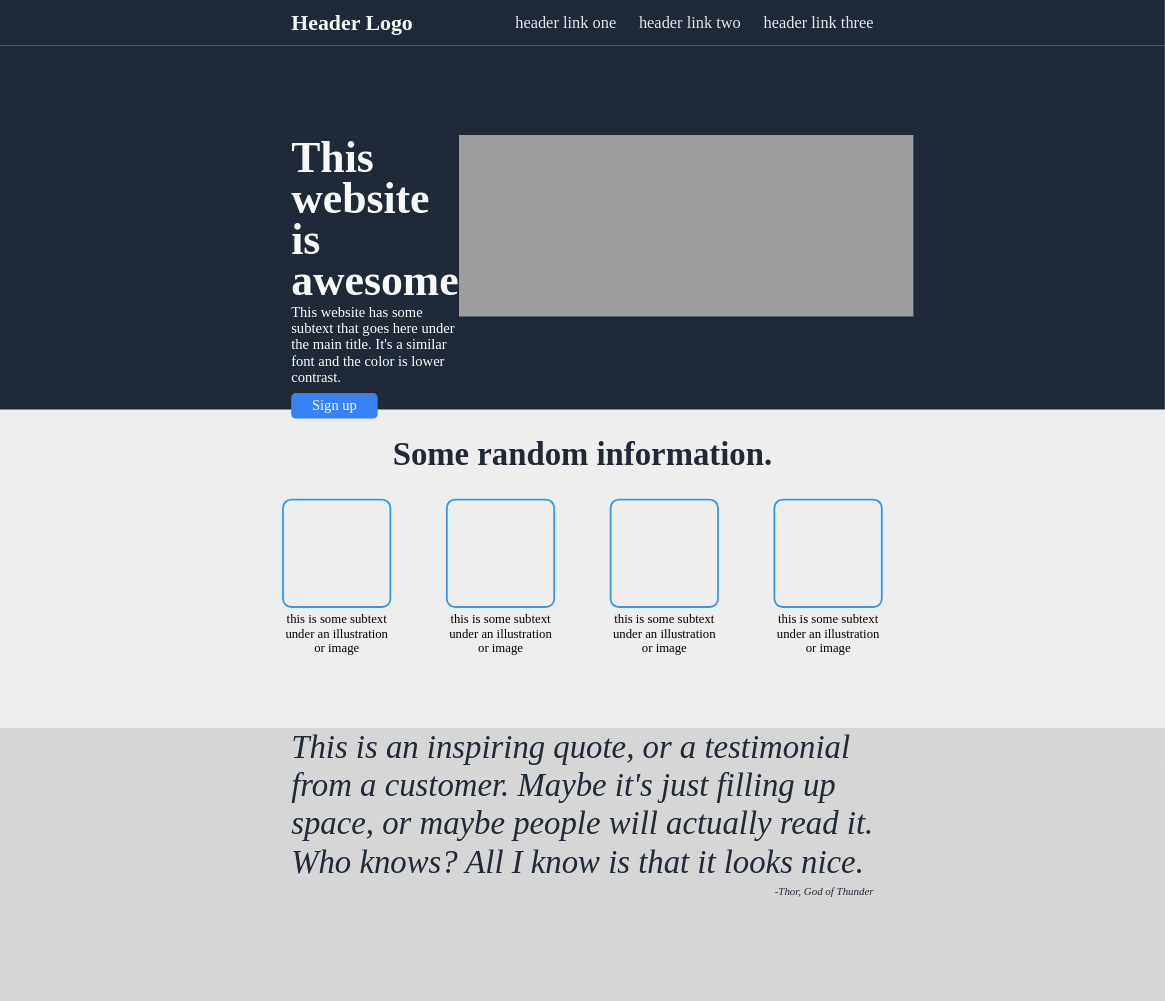
Repository: Pafestivo/Dummy-Landing-Page
Page: index.html
An editor plug-in stored every save of this project. The page is shown before and after a run of saves, followed by the edit.
The browser window is 1280 px wide. The pictures show the whole page, at 91% of full size.
Pictures or frames that could not be fetched are drawn as grey boxes.

Above is the page before, as saved 2022-09-26 19:20:57.

### index.html
<!DOCTYPE html>
<html lang="en">
<head>
    <meta charset="UTF-8">
    <meta name="viewport" content="width=device-width, initial-scale=1.0">
    <link rel="stylesheet" href="styles.css">
    <title>Landing Page</title>
</head>
<body>
    <header>
        <div class="container">
            <h1>Header Logo</h1>
            <nav>
                <a href="#">header link one</a>
                <a href="#">header link two</a>
                <a href="#">header link three</a>
            </nav>
        </div> <!-- /container-->
    </header>
    <main>
        <section class="first">
            <div class="container">

                <div class="right">
                    <h1>This website is awesome</h1>
                    <p>This website has some subtext that goes here under the main title. It's a similar font and the color is lower contrast.</p>
                    <a href="#">Sign up</a>
                </div> <!-- /right -->

                <div class="left">
                    <img src="images/office.jpg" alt="Office desk photo" />
                </div> <!-- /left -->

            </div> <!-- /container-->
        </section> <!-- /first -->

        <section class="second">
            <div class="container">

                <h1>Some random information.</h1>
                <div class="boxes">
                    <div class="info">
                        <div class="box"></div>
                        <div class="box-info">
                            <p>this is some subtext under an illustration or image</p>
                        </div> <!-- /box-info -->
                    </div> <!-- /info -->

                    <div class="info">
                        <div class="box"></div>
                        <div class="box-info">
                            <p>this is some subtext under an illustration or image</p>
                        </div> <!-- /box-info -->
                    </div> <!-- /info -->

                    <div class="info">
                        <div class="box"></div>
                        <div class="box-info">
                            <p>this is some subtext under an illustration or image</p>
                        </div> <!-- /box-info -->
                    </div> <!-- /info -->

                    <div class="info">
                        <div class="box"></div>
                        <div class="box-info">
                            <p>this is some subtext under an illustration or image</p>
                        </div> <!-- /box-info -->
                    </div> <!-- /info -->

                </div> <!-- /boxes-->
            </div> <!-- /container-->
        </section> <!-- /second -->

        <section class="third">
            <div class="container">
                <p>This is an inspiring quote, or a testimonial from a customer. Maybe it's just filling up space, or maybe people will actually read it. Who knows? All I know is that it looks nice.</p>
                <p class="quote-owner">-Thor, God of Thunder</p>
            </div> <!-- /container-->
        </section> <!-- /third -->

        <section class="fourth">
            <div class="container">

            </div> <!-- /container-->
        </section> <!-- /fourth -->

        <footer>

        </footer>
    </main>
</body>
</html>

### styles.css
* {
  padding: 0;
  margin: 0;
  box-sizing: border-box;
}

body {
  font-family: serif;
  background-color: #eee;
}

.container {
  width: 50vw;
  margin: 0 auto;
}

a {
  text-decoration: none;
  color: inherit;
}

/* header bar */
header {
  display: flex;
  align-items: center;
  background-color: #1F2937;
  color: #fff;
  height: 50px;
}

header h1 {
  font-size: 24px;
  color: #F9FAF8;
}

header .container {
  display: flex;
  justify-content: space-between;
}

header nav {
  display: flex;
  align-items: center;
  gap: 25px;
}

header a {
  font-size: 18px;
  color: #E5E7EB;
}
/* End header bar  */

/* First section  */
.first {
  background-color: #1F2937;
  height: 400px;
  color: #fff;
}

.first .container {
  display: flex;
  align-items: center;
  justify-content: space-between;
  height: 100%;
}

.right {
  display: flex;
  flex-direction: column;
  gap: 4px;
  height: 200px;
  width: 40%;
}

.right h1 {
  font-size: 48px;
  font-weight: extra-bold;
  color: #F9FAF8;
  line-height: 45px;
}

right p {
  font-size: 18px;
  color: #E5E7EB;
}

.first img {
  width: 500px;
  height: 200px;
}

.first a {
  background-color: #3882F6;
  width: 95px;
  padding: 5px;
  border-radius: 5px;
  margin-top: 4px;
  text-align: center;

}
/* End first section  */

/* Second section */
.second {
  height: 350px;
}

.second h1 {
  text-align: center;
  font-size: 36px;
  font-weight: extra-bold;
  color: #1F2937;
  padding: 28px 0 28px 0;
}

.boxes {
  display: flex;
  justify-content: center;
  gap: 60px;
}

.box {
  width: 120px;
  height: 120px;
  border: 2px solid hsl(207, 82%, 56%);
  border-radius: 10px;
}

.box-info {
  margin-top: 5px;
  width: 120px;
  font-size: 14px;
  text-align: center;
}
/* End second section  */

/* Third section  */
.third {
  background-color: #d6d6d6;
  height: 300px;
}

.third .container {
  display: flex;
  flex-direction: column;
}

.third p {
  font-size: 36px;
  font-style: italic;
  color: #1F2937;
}

.third .quote-owner {
  font-size: 12px;
  align-self: flex-end;
  font-style: none;
  margin-top: 5px;
}
/* End third section  */

After the next 2 saves:
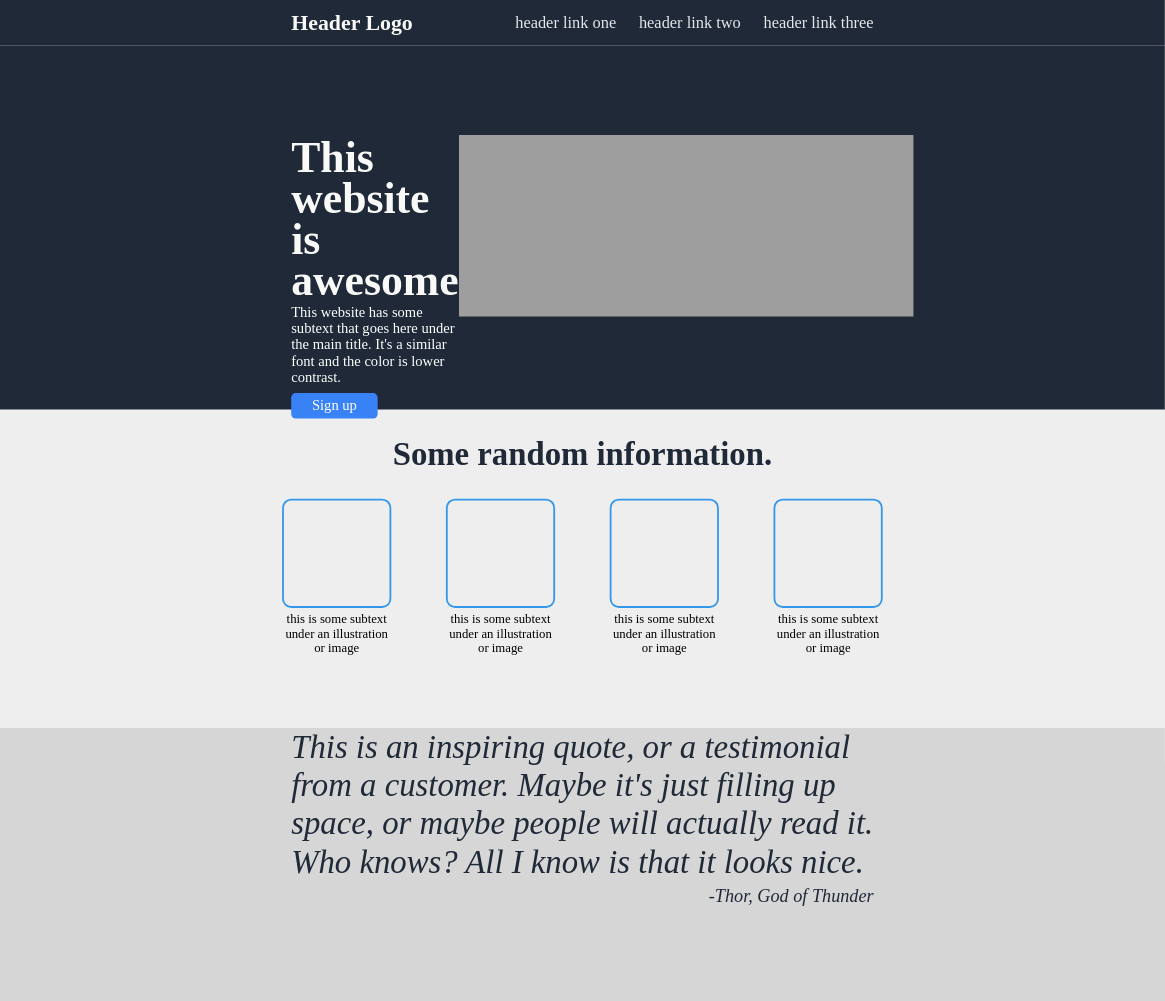
The 2 saves are shown as one change because they came seconds apart.
The last was saved 7 s later.
--- a/styles.css
+++ b/styles.css
@@ -152,7 +152,7 @@ right p {
 }
 
 .third .quote-owner {
-  font-size: 12px;
+  font-size: 20px;
   align-self: flex-end;
   font-style: none;
   margin-top: 5px;
